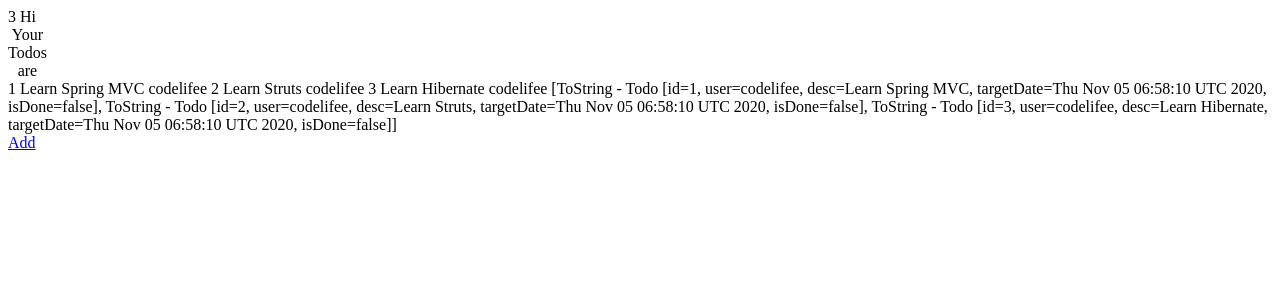
Repository: codelifee/spring-mvc-project
Page: http://localhost/springmvc/list-todos
These files come from the project's save history. The page is drawn as it stood at one moment and after the next save; the edit follows.
The browser window is 1280 px wide. The pictures show the whole page.
The page is served by Tomcat 9. The template is opened directly, without the code that normally fills it, so the values that code supplies are empty.

Above is the page before, as saved 2020-11-16 04:05:13.

After the next save:
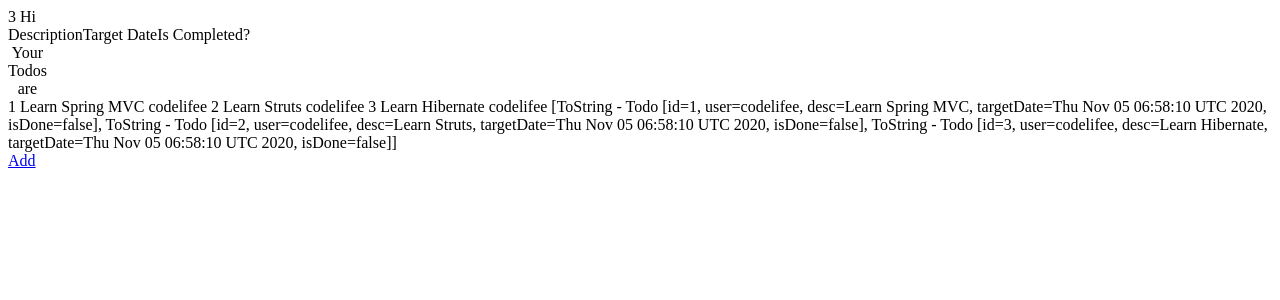
Saved 23 s later.
--- a/springmvc/src/main/webapp/WEB-INF/views/list-todos.jsp
+++ b/springmvc/src/main/webapp/WEB-INF/views/list-todos.jsp
@@ -13,7 +13,9 @@ Hi ${name} <br/>
 <table>
 	<caption>Your Todos are</caption>
 	<thead>
-		<tr><Description></tr>
+		<tr>Description</tr>
+		<tr>Target Date</tr>
+		<tr>Is Completed?</tr>
 	</thead>
 
 	<tbody>
